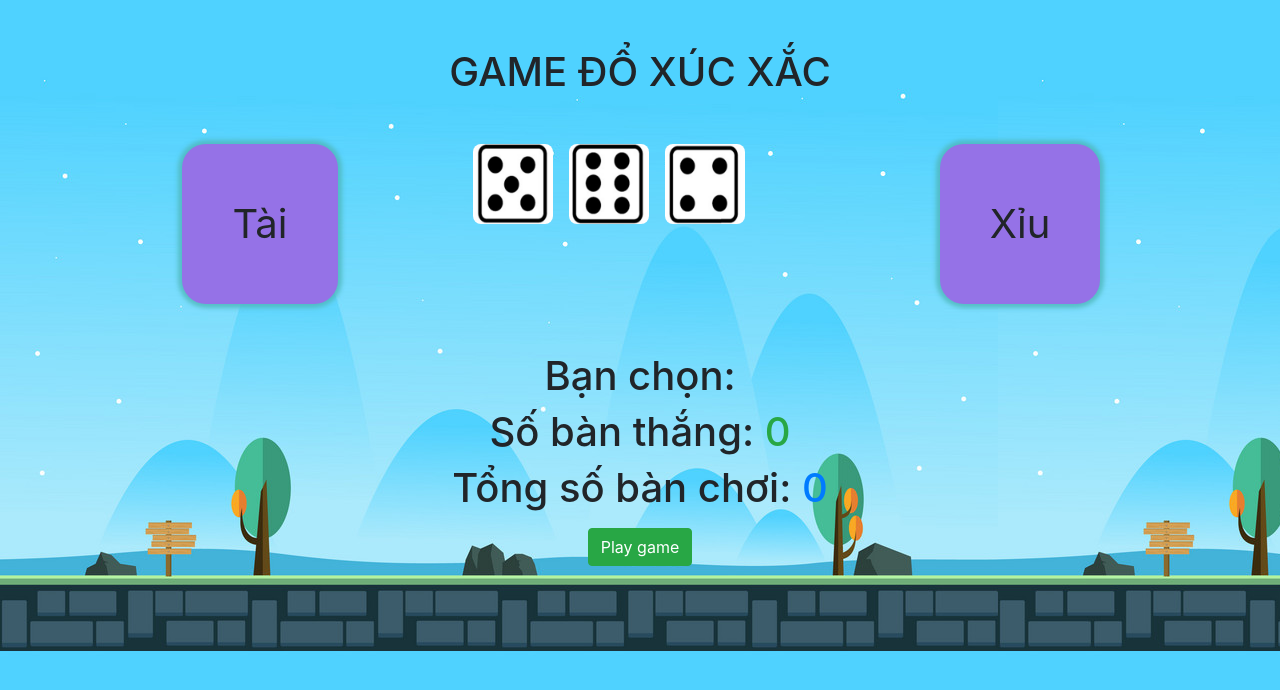
Repository: dovanthao2404/game-xuc-sac
Page: /
These files come from the project's save history. The page is drawn as it stood at one moment and after the next save; the edit follows.
The browser window is 1280 px wide. The pictures show the whole page.
The project was rebuilt for these pictures with package versions that can differ from the ones it lists, and the page was loaded fresh each time.

Above is the page before, as saved 2021-09-11 14:25:31.

After the next save:
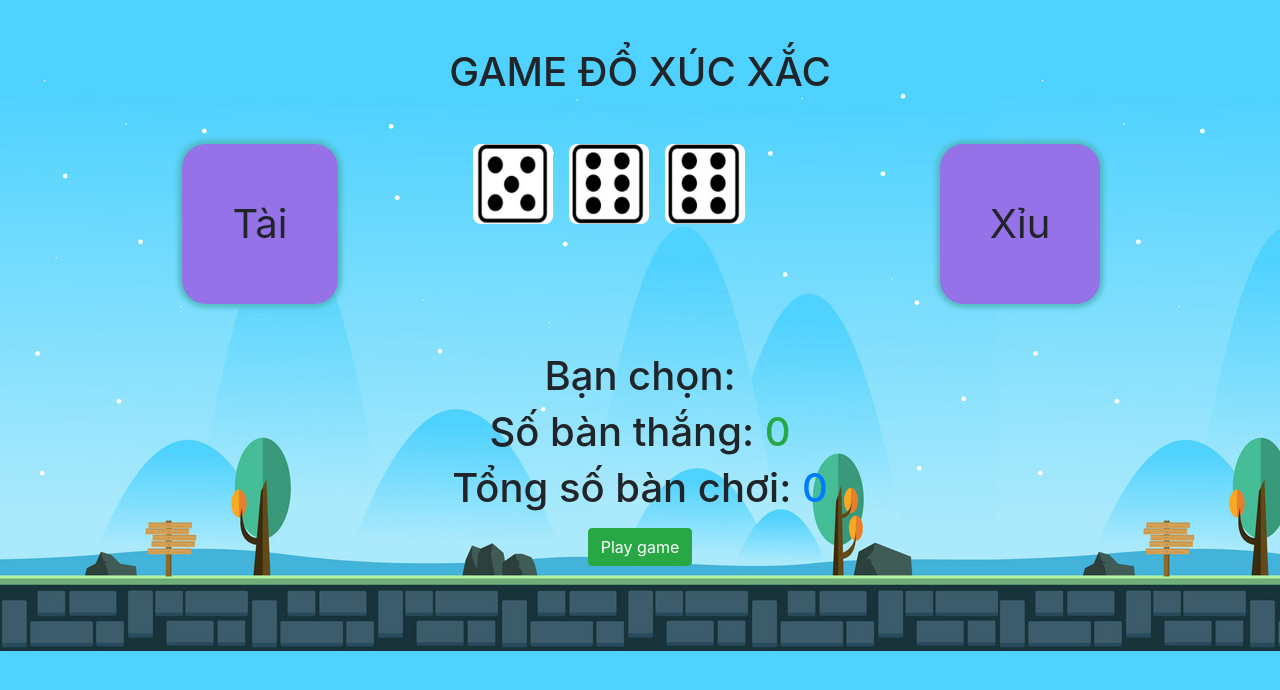
Saved 57 min 11 s later.
--- a/src/Components/index.js
+++ b/src/Components/index.js
@@ -6,9 +6,10 @@
   constructor(props) {
     super(props)
     this.state = {
-      totalWhilePlay: 0
+      isFist: true,
     }
   }
+
   handleChoseType = (e) => {
     const value = e.target.getAttribute("data-value")
     this.props.chooseType(value)
@@ -31,7 +32,16 @@
       count += random;
       xucXac.push(<img key={i} src={"./images/" + random + ".png"} alt="" />)
     }
-    // this.setState({ totalWhilePlay: count })
+    // this.props.updateWhilePlay(count);
+    return xucXac;
+  }
+
+  renderFirst = () => {
+    const xucXac = []
+    for (let i = 0; i < 3; i++) {
+      const random = Math.ceil(Math.random() * 6)
+      xucXac.push(<img key={i} src={"./images/" + random + ".png"} alt="" />)
+    }
     return xucXac;
   }
 
@@ -51,7 +61,7 @@
               </div>
               <div className="col-4">
                 <div className="d-flex">
-                  {this.handleRenderXucXac()}
+                  {this.state.isFist ? this.renderFirst() : this.handleRenderXucXac()}
                 </div>
               </div>
               <div className="col-4">

After the save that followed:
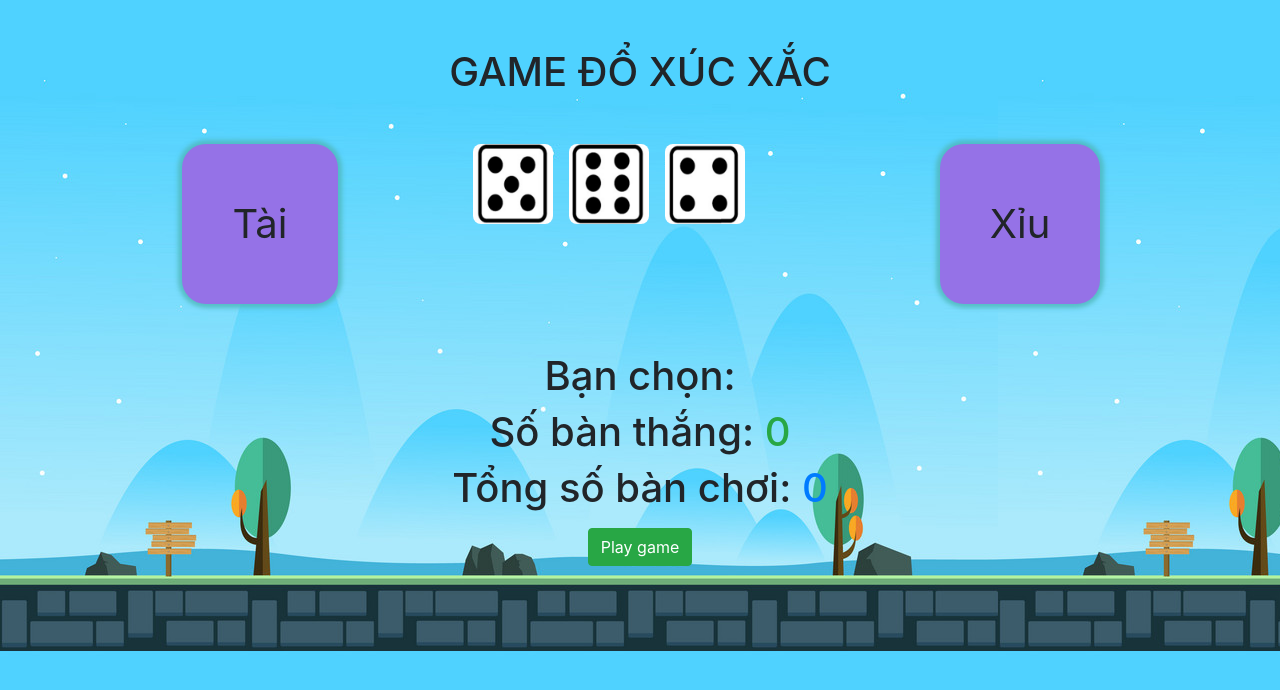
Saved 44 s later.
--- a/src/Components/index.js
+++ b/src/Components/index.js
@@ -6,7 +6,7 @@
   constructor(props) {
     super(props)
     this.state = {
-      isFist: true,
+      isPlay: true,
     }
   }
 
